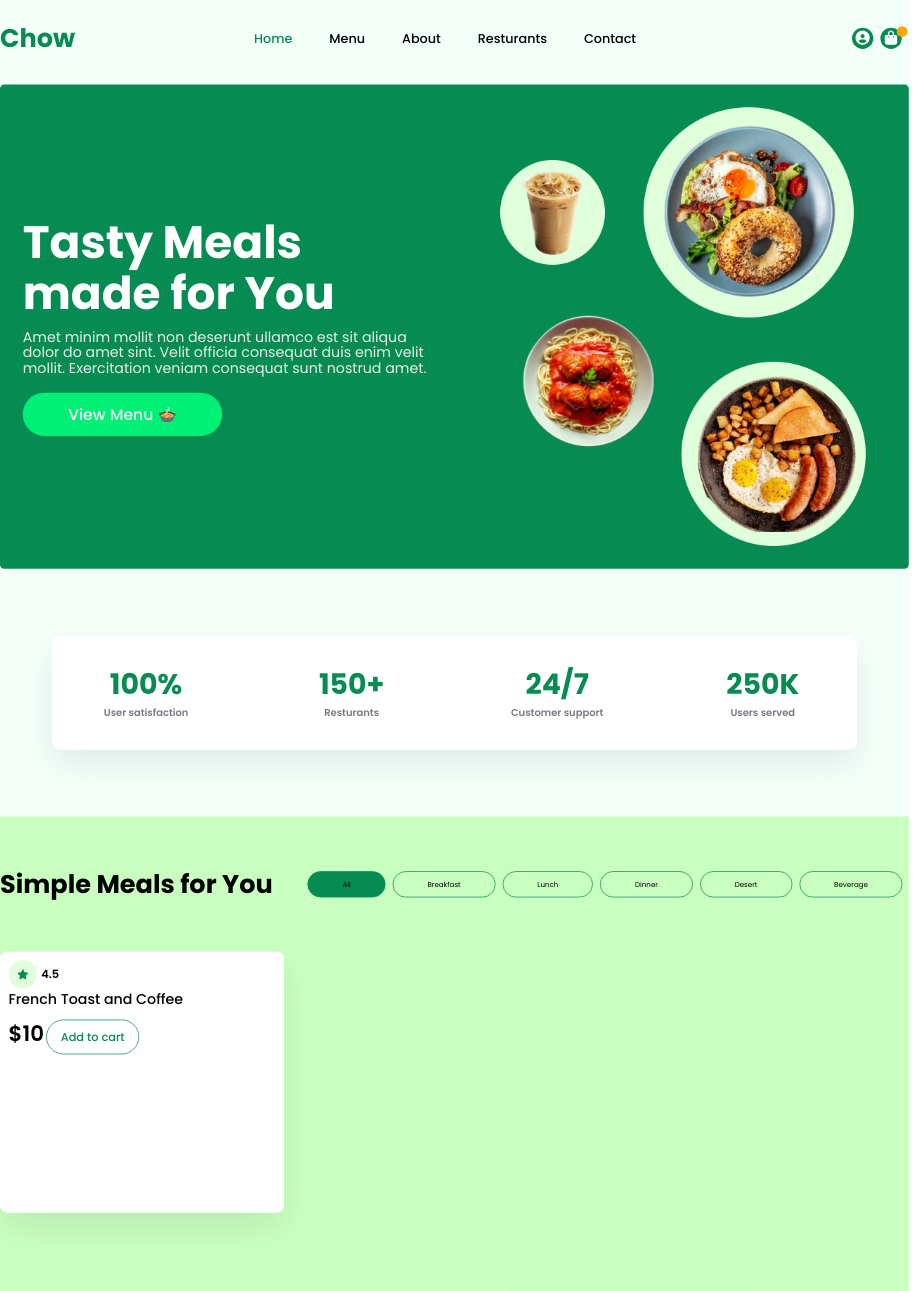
Repository: nguyennam1029/balbal
Page: index.html
An editor plug-in stored every save of this project. The page is shown before and after the next save, followed by the edit.
The browser window is 1280 px wide. The page is 1292 px wide, so the pictures cover 1292 px, including what lies to the right of the window. The pictures show the whole page, at 71% of full size.
Some web libraries are served in a nearby version.

Above is the page before, as saved 2022-07-01 22:26:49.

### index.html
<!DOCTYPE html>
<html lang="en">
  <head>
    <meta charset="UTF-8" />
    <meta http-equiv="X-UA-Compatible" content="IE=edge" />
    <meta name="viewport" content="width=device-width, initial-scale=1.0" />
    <title>Chow</title>
    <link
      rel="stylesheet"
      href="https://cdnjs.cloudflare.com/ajax/libs/font-awesome/6.1.1/css/all.min.css"
      integrity="sha512-KfkfwYDsLkIlwQp6LFnl8zNdLGxu9YAA1QvwINks4PhcElQSvqcyVLLD9aMhXd13uQjoXtEKNosOWaZqXgel0g=="
      crossorigin="anonymous"
      referrerpolicy="no-referrer"
    />
    <link rel="stylesheet" href="css/grid.css" />
    <link rel="stylesheet" href="css/style.css" />
  </head>
  <body>
    <div class="app">
      <div class="grid wide">
        <div class="menu">
          <a href="#" class="menu-left">Chow</a>
          <ul class="menu-center">
            <li class="menu-center-item">
              <a href="#" class="menu-center--link active">Home</a>
            </li>
            <li class="menu-center-item">
              <a href="#" class="menu-center--link">Menu</a>
            </li>
            <li class="menu-center-item">
              <a href="#" class="menu-center--link">About</a>
            </li>
            <li class="menu-center-item">
              <a href="#" class="menu-center--link">Resturants</a>
            </li>
            <li class="menu-center-item">
              <a href="#" class="menu-center--link">Contact</a>
            </li>
          </ul>
          <ul class="menu-right">
            <li class="menu-right-item">
              <a href="#" class="menu-right--link">
                <i class="fa-solid fa-circle-user"></i>
              </a>
            </li>
            <li class="menu-right-item">
              <a href="#" class="menu-right--link active">
                <i class="fa-solid fa-bag-shopping"></i>
                <span class="menu-right--circle"></span>
              </a>
            </li>
          </ul>
        </div>
        <div class="banner">
          <div class="row">
            <div class="col l-6 m-6 c-12">
              <div class="banner-info">
                <h1 class="banner-title">Tasty Meals made for You</h1>
                <span class="banner-des"
                  >Amet minim mollit non deserunt ullamco est sit aliqua dolor
                  do amet sint. Velit officia consequat duis enim velit mollit.
                  Exercitation veniam consequat sunt nostrud amet.</span
                >
                <a href="#" class="banner-btn"> View Menu 🍲 </a>
              </div>
            </div>
            <div class="col l-6 m-6 c-12">
              <div class="banner-img">
                <img src="images/banner1.png" alt="" />
              </div>
            </div>
          </div>
        </div>
        <div class="statistical">
          <div class="row">
            <div class="col l-3 m-6 c-12">
              <div class="statistical-item">
                <h3 class="statistical-item--title">100%</h3>
                <span class="statistical-item--des">User satisfaction</span>
              </div>
            </div>
            <div class="col l-3 m-6 c-12">
              <div class="statistical-item">
                <h3 class="statistical-item--title">150+</h3>
                <span class="statistical-item--des">Resturants</span>
              </div>
            </div>
            <div class="col l-3 m-6 c-12">
              <div class="statistical-item">
                <h3 class="statistical-item--title">24/7</h3>
                <span class="statistical-item--des">Customer support</span>
              </div>
            </div>
            <div class="col l-3 m-6 c-12">
              <div class="statistical-item">
                <h3 class="statistical-item--title">250K</h3>
                <span class="statistical-item--des">Users served</span>
              </div>
            </div>
          </div>
        </div>
      </div>
      <div class="product">
        <div class="grid wide">
          <div class="product-top row">
            <div class="col l-4 m-3 c-12">
              <h3 class="product-heading">Simple Meals for You</h3>
            </div>
            <div class="col l-8 m-8 c-12">
              <ul class="tab-list">
                <li class="tab-item active">All</li>
                <li class="tab-item">Breakfast</li>
                <li class="tab-item">Lunch</li>
                <li class="tab-item">Dinner</li>
                <li class="tab-item">Desert</li>
                <li class="tab-item">Beverage</li>
              </ul>
            </div>
          </div>
          <div class="product-list">
            <div class="row">
              <div class="col l-4 m-6 l-12">
                <div class="product-item">
                  <div class="product-item--rating">
                    <i class="fa-solid fa-star"></i>
                    <span>4.5</span>
                  </div>
                  <div class="product-item--content">
                    <h4 class="product-item--name">French Toast and Coffee</h4>
                    <div class="product-item--footer">
                      <span class="product-item--price">$10</span>
                      <a href="#" class="product-item--btn">Add to cart</a>
                    </div>
                  </div>
                </div>
              </div>
            </div>
          </div>
        </div>
      </div>
    </div>
  </body>
</html>

### css/grid.css
/* L là pc ,  M là tablet, C là mobile  */
.grid {
    width  : 100%;
    display: block;
    padding: 0;
}

.grid.wide {
    max-width: 1280px;
    margin   : 0 auto;
}

.row {
    display     : flex;
    flex-wrap   : wrap;
    margin-left : -4px;
    margin-right: -4px;
}

.row.no-gutters {
    margin-left : 0;
    margin-right: 0;
}

.col {
    padding-left : 4px;
    padding-right: 4px;
}

.row.no-gutters .col {
    padding-left : 0;
    padding-right: 0;
}

.c-0 {
    display: none;
}

.c-1 {
    flex     : 0 0 8.33333%;
    max-width: 8.33333%;
}

.c-2 {
    flex     : 0 0 16.66667%;
    max-width: 16.66667%;
}

.c-3 {
    flex     : 0 0 25%;
    max-width: 25%;
}

.c-4 {
    flex     : 0 0 33.33333%;
    max-width: 33.33333%;
}

.c-5 {
    flex     : 0 0 41.66667%;
    max-width: 41.66667%;
}

.c-6 {
    flex     : 0 0 50%;
    max-width: 50%;
}

.c-7 {
    flex     : 0 0 58.33333%;
    max-width: 58.33333%;
}

.c-8 {
    flex     : 0 0 66.66667%;
    max-width: 66.66667%;
}

.c-9 {
    flex     : 0 0 75%;
    max-width: 75%;
}

.c-10 {
    flex     : 0 0 83.33333%;
    max-width: 83.33333%;
}

.c-11 {
    flex     : 0 0 91.66667%;
    max-width: 91.66667%;
}

.c-12 {
    flex     : 0 0 100%;
    max-width: 100%;
}

.c-o-1 {
    margin-left: 8.33333%;
}

.c-o-2 {
    margin-left: 16.66667%;
}

.c-o-3 {
    margin-left: 25%;
}

.c-o-4 {
    margin-left: 33.33333%;
}

.c-o-5 {
    margin-left: 41.66667%;
}

.c-o-6 {
    margin-left: 50%;
}

.c-o-7 {
    margin-left: 58.33333%;
}

.c-o-8 {
    margin-left: 66.66667%;
}

.c-o-9 {
    margin-left: 75%;
}

.c-o-10 {
    margin-left: 83.33333%;
}

.c-o-11 {
    margin-left: 91.66667%;
}

/* >= Tablet */
@media (min-width: 740px) {
    .row {
        margin-left : -8px;
        margin-right: -8px;
    }

    .col {
        padding-left : 8px;
        padding-right: 8px;
    }

    .m-0 {
        display: none;
    }

    .m-1,
    .m-2,
    .m-3,
    .m-4,
    .m-5,
    .m-6,
    .m-7,
    .m-8,
    .m-9,
    .m-10,
    .m-11,
    .m-12 {
        display: block;
    }

    .m-1 {
        flex     : 0 0 8.33333%;
        max-width: 8.33333%;
    }

    .m-2 {
        flex     : 0 0 16.66667%;
        max-width: 16.66667%;
    }

    .m-3 {
        flex     : 0 0 25%;
        max-width: 25%;
    }

    .m-4 {
        flex     : 0 0 33.33333%;
        max-width: 33.33333%;
    }

    .m-5 {
        flex     : 0 0 41.66667%;
        max-width: 41.66667%;
    }

    .m-6 {
        flex     : 0 0 50%;
        max-width: 50%;
    }

    .m-7 {
        flex     : 0 0 58.33333%;
        max-width: 58.33333%;
    }

    .m-8 {
        flex     : 0 0 66.66667%;
        max-width: 66.66667%;
    }

    .m-9 {
        flex     : 0 0 75%;
        max-width: 75%;
    }

    .m-10 {
        flex     : 0 0 83.33333%;
        max-width: 83.33333%;
    }

    .m-11 {
        flex     : 0 0 91.66667%;
        max-width: 91.66667%;
    }

    .m-12 {
        flex     : 0 0 100%;
        max-width: 100%;
    }

    .m-o-1 {
        margin-left: 8.33333%;
    }

    .m-o-2 {
        margin-left: 16.66667%;
    }

    .m-o-3 {
        margin-left: 25%;
    }

    .m-o-4 {
        margin-left: 33.33333%;
    }

    .m-o-5 {
        margin-left: 41.66667%;
    }

    .m-o-6 {
        margin-left: 50%;
    }

    .m-o-7 {
        margin-left: 58.33333%;
    }

    .m-o-8 {
        margin-left: 66.66667%;
    }

    .m-o-9 {
        margin-left: 75%;
    }

    .m-o-10 {
        margin-left: 83.33333%;
    }

    .m-o-11 {
        margin-left: 91.66667%;
    }
}

/* PC medium resolution > */
@media (min-width: 1113px) {
    .row {
        margin-left : -12px;
        margin-right: -12px;
    }

    .row.sm-gutter {
        margin-left : -5px;
        margin-right: -5px;
    }

    .col {
        padding-left : 12px;
        padding-right: 12px;
    }

    .row.sm-gutter .col {
        padding-left : 5px;
        padding-right: 5px;
    }

    .l-0 {
        display: none;
    }

    .l-1,
    .l-2,
    .l-2-4,
    .l-3,
    .l-4,
    .l-5,
    .l-6,
    .l-7,
    .l-8,
    .l-9,
    .l-10,
    .l-11,
    .l-12 {
        display: block;
    }

    .l-1 {
        flex     : 0 0 8.33333%;
        max-width: 8.33333%;
    }

    .l-2 {
        flex     : 0 0 16.66667%;
        max-width: 16.66667%;
    }

    .l-2-4 {
        flex     : 0 0 20%;
        max-width: 20%;
    }

    .l-3 {
        flex     : 0 0 25%;
        max-width: 25%;
    }

    .l-4 {
        flex     : 0 0 33.33333%;
        max-width: 33.33333%;
    }

    .l-5 {
        flex     : 0 0 41.66667%;
        max-width: 41.66667%;
    }

    .l-6 {
        flex     : 0 0 50%;
        max-width: 50%;
    }

    .l-7 {
        flex     : 0 0 58.33333%;
        max-width: 58.33333%;
    }

    .l-8 {
        flex     : 0 0 66.66667%;
        max-width: 66.66667%;
    }

    .l-9 {
        flex     : 0 0 75%;
        max-width: 75%;
    }

    .l-10 {
        flex     : 0 0 83.33333%;
        max-width: 83.33333%;
    }

    .l-11 {
        flex     : 0 0 91.66667%;
        max-width: 91.66667%;
    }

    .l-12 {
        flex     : 0 0 100%;
        max-width: 100%;
    }

    .l-o-1 {
        margin-left: 8.33333%;
    }

    .l-o-2 {
        margin-left: 16.66667%;
    }

    .l-o-3 {
        margin-left: 25%;
    }

    .l-o-4 {
        margin-left: 33.33333%;
    }

    .l-o-5 {
        margin-left: 41.66667%;
    }

    .l-o-6 {
        margin-left: 50%;
    }

    .l-o-7 {
        margin-left: 58.33333%;
    }

    .l-o-8 {
        margin-left: 66.66667%;
    }

    .l-o-9 {
        margin-left: 75%;
    }

    .l-o-10 {
        margin-left: 83.33333%;
    }

    .l-o-11 {
        margin-left: 91.66667%;
    }
}

/* Tablet - PC low resolution */
@media (min-width: 740px) and (max-width: 1023px) {
    .wide {
        width: 644px;
    }
}

/* > PC low resolution */
@media (min-width: 1024px) and (max-width: 1239px) {
    .wide {
        width: 984px;
    }

    .wide .row {
        margin-left : -12px;
        margin-right: -12px;
    }

    .wide .row.sm-gutter {
        margin-left : -5px;
        margin-right: -5px;
    }

    .wide .col {
        padding-left : 12px;
        padding-right: 12px;
    }

    .wide .row.sm-gutter .col {
        padding-left : 5px;
        padding-right: 5px;
    }

    .wide .l-0 {
        display: none;
    }

    .wide .l-1,
    .wide .l-2,
    .wide .l-2-4,
    .wide .l-3,
    .wide .l-4,
    .wide .l-5,
    .wide .l-6,
    .wide .l-7,
    .wide .l-8,
    .wide .l-9,
    .wide .l-10,
    .wide .l-11,
    .wide .l-12 {
        display: block;
    }

    .wide .l-1 {
        flex     : 0 0 8.33333%;
        max-width: 8.33333%;
    }

    .wide .l-2 {
        flex     : 0 0 16.66667%;
        max-width: 16.66667%;
    }

    .wide .l-2-4 {
        flex     : 0 0 20%;
        max-width: 20%;
    }

    .wide .l-3 {
        flex     : 0 0 25%;
        max-width: 25%;
    }

    .wide .l-4 {
        flex     : 0 0 33.33333%;
        max-width: 33.33333%;
    }

    .wide .l-5 {
        flex     : 0 0 41.66667%;
        max-width: 41.66667%;
    }

    .wide .l-6 {
        flex     : 0 0 50%;
        max-width: 50%;
    }

    .wide .l-7 {
        flex     : 0 0 58.33333%;
        max-width: 58.33333%;
    }

    .wide .l-8 {
        flex     : 0 0 66.66667%;
        max-width: 66.66667%;
    }

    .wide .l-9 {
        flex     : 0 0 75%;
        max-width: 75%;
    }

    .wide .l-10 {
        flex     : 0 0 83.33333%;
        max-width: 83.33333%;
    }

    .wide .l-11 {
        flex     : 0 0 91.66667%;
        max-width: 91.66667%;
    }

    .wide .l-12 {
        flex     : 0 0 100%;
        max-width: 100%;
    }

    .wide .l-o-1 {
        margin-left: 8.33333%;
    }

    .wide .l-o-2 {
        margin-left: 16.66667%;
    }

    .wide .l-o-3 {
        margin-left: 25%;
    }

    .wide .l-o-4 {
        margin-left: 33.33333%;
    }

    .wide .l-o-5 {
        margin-left: 41.66667%;
    }

    .wide .l-o-6 {
        margin-left: 50%;
    }

    .wide .l-o-7 {
        margin-left: 58.33333%;
    }

    .wide .l-o-8 {
        margin-left: 66.66667%;
    }

    .wide .l-o-9 {
        margin-left: 75%;
    }

    .wide .l-o-10 {
        margin-left: 83.33333%;
    }

    .wide .l-o-11 {
        margin-left: 91.66667%;
    }
}

### css/style.css
@import url('https://fonts.googleapis.com/css2?family=Poppins:wght@400;500;600;700&display=swap');

*,
*::before,
*::after {
    box-sizing: border-box;
}

* {
    margin : 0;
    padding: 0;
}

html {
    font-family: 'Poppins',
        sans-serif;
    font-size: 62.5%;
}

html,
body {
    height: 100%;
}

body {
    line-height: 1.5;
}

img,
picture,
video,
canvas,
svg {
    display  : block;
    max-width: 100%;
}

input,
button,
textarea,
select {
    font   : inherit;
    outline: none;
}

p,
h1,
h2,
h3,
h4,
h5,
h6 {
    overflow-wrap: break-word;
}

a {
    text-decoration: none;
}

ul {
    list-style: none;
}

.app {
    background-color: #f3fff9;
    padding-top     : 34px;
}

.menu {
    display        : flex;
    justify-content: space-between;
    align-items    : center;
    margin         : 0 0 45px;
}

.menu-left {
    font-weight: 700;
    font-size  : 3.6rem;
    line-height: 40px;

    color: #068C52;
}

.menu-center,
.menu-right {
    display        : flex;
    justify-content: center;
    align-items    : center;
}

.menu-center--link {
    margin-right: 52px;
    font-weight : 500;
    font-size   : 1.8rem;
    line-height : 27px;
    color       : #000000;
}

.menu-center--link.active {
    color: #068C52;
}

.menu-right--link {
    margin-right         : 10px;
    display              : flex;
    justify-content      : center;
    align-items          : center;
    width                : 30px;
    height               : 30px;
    border-radius        : 50%;
    -webkit-border-radius: 50%;
    -moz-border-radius   : 50%;
    -ms-border-radius    : 50%;
    -o-border-radius     : 50%;
    background-color     : #068C52;
}

.menu-right--link i {
    color    : #fff;
    font-size: 2rem;
}

.menu-right--link.active {
    position: relative;
}

.menu-right--circle {
    position             : absolute;
    top                  : -2px;
    right                : -8px;
    width                : 15px;
    height               : 15px;
    background           : #FFA500;
    border-radius        : 50%;
    -webkit-border-radius: 50%;
    -moz-border-radius   : 50%;
    -ms-border-radius    : 50%;
    -o-border-radius     : 50%;
}

.banner {
    background-color     : #068C52;
    border-radius        : 6px;
    -webkit-border-radius: 6px;
    -moz-border-radius   : 6px;
    -ms-border-radius    : 6px;
    -o-border-radius     : 6px;
    padding              : 32px;
}

.banner-info {
    display           : flex;
    justify-content   : center;
    /* align-items    : center; */
    flex-direction    : column;
    height            : 100%;
}

.banner-title {
    font-weight: 700;
    font-size  : 6.4rem;
    line-height: 72px;

    color: #FFFFFF;
}

.banner-des {
    font-weight: 400;
    font-size  : 2rem;
    line-height: 22px;
    display    : block;
    color      : #EFEFEF;
    margin     : 14px 0 24px;
}

.banner-btn {
    font-weight          : 500;
    font-size            : 2.2rem;
    line-height          : 33px;
    padding              : 14px 64px;
    /*Primary/White*/
    color                : #FFFFFF;
    background           : #00F076;
    border-radius        : 32px;
    -webkit-border-radius: 32px;
    -moz-border-radius   : 32px;
    -ms-border-radius    : 32px;
    -o-border-radius     : 32px;
    width                : fit-content;
}

.statistical {
    max-width    : 1134px;
    margin       : 94px auto;
    /* border    : 1px solid; */
    background   : #FFFFFF;
    /* Drop Shadow/High */
    padding      : 40px 0;
    box-shadow   : 0px 20px 50px rgba(18, 17, 39, 0.08);
    border-radius: 12px;
    text-align   : center;
}

.statistical-item--title {
    font-weight: 700;
    font-size  : 4rem;
    line-height: 140%;
    /* identical to box height, or 56px */

    text-align: center;

    color: #068C52;
}

.statistical-item--des {
    font-weight: 600;
    font-size  : 1.4rem;
    line-height: 180%;
    color      : rgba(18, 17, 39, 0.56);
}

.product {
    background-color: #c9ffbf;
    padding         : 76px 0 46px;
}

.product-top {
    display        : flex;
    justify-content: space-between;
    align-items    : center;
}

.product-heading {
    font-weight: 700;
    font-size  : 3.6rem;
    line-height: 40px;

    color: #000000;
}

.tab-list {
    display        : flex;
    justify-content: center;
    align-items    : center;

}

.tab-item {
    padding           : 10px 48px;
    border            : 1px solid #068C52;
    border-radius     : 40px;
    display           : block;
    margin-right      : 10px;
    cursor            : pointer;
    transition        : .25s ease-in;
    -webkit-transition: .25s ease-in;
    -moz-transition   : .25s ease-in;
    -ms-transition    : .25s ease-in;
    -o-transition     : .25s ease-in;
}

.tab-item.active {
    background: #068C52;
    cursor    : default;
}

.tab-item:hover {
    background: #068c5290;
}

.product-list {
    margin: 74px 0 64px;
}

.product-item {
    background: #FFFFFF;
    /* Drop Shadow/High */

    box-shadow   : 0px 20px 50px rgba(18, 17, 39, 0.08);
    border-radius: 10px;
    width        : calc((100% - 80px) / 3);
    min-height   : 368px;
    padding      : 12px;
}

.product-item--rating {
    display           : flex;
    /* justify-content: center; */
    align-items       : center;
}

.product-item--rating i {
    width                : 40px;
    height               : 40px;
    font-size            : 1.4rem;
    border-radius        : 50%;
    color                : #068C52;
    background-color     : #E0FFDB;
    -webkit-border-radius: 50%;
    -moz-border-radius   : 50%;
    -ms-border-radius    : 50%;
    -o-border-radius     : 50%;
    display              : flex;
    justify-content      : center;
    align-items          : center;
}

.product-item--rating span {
    margin-left: 6px;
    font-weight: 600;
    font-size  : 1.6rem;
    line-height: 24px;
    /* identical to box height */


    color: #000000;
}

.product-item--name {
    font-weight: 500;
    font-size  : 2rem;
    line-height: 30px;
    /* identical to box height */

    font-feature-settings: 'liga'off;

    color        : #000000;
    margin-bottom: 12px;
}

.product-item--price {
    font-weight: 600;
    font-size  : 3rem;
    line-height: 45px;
    /* identical to box height */

    font-feature-settings: 'liga'off;

    color: #000000;
}

.product-item--btn {
    font-weight: 500;
    font-size  : 16px;
    line-height: 24px;
    /* identical to box height, or 150% */


    color        : #068C52;
    padding      : 12px 20px;
    background   : #FFFFFF;
    border       : 1px solid #068C52;
    border-radius: 100px;
}

After the next save:
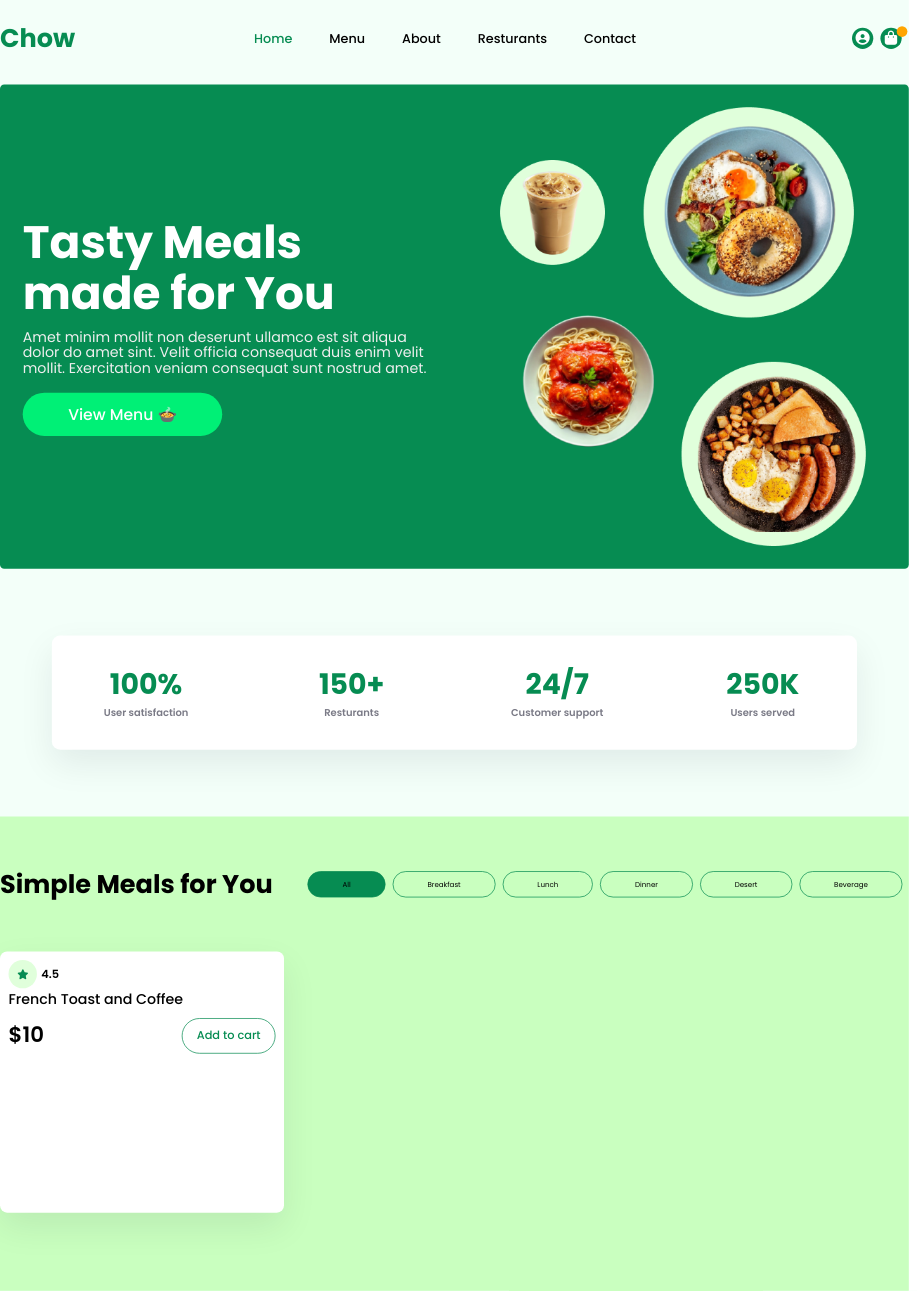
Saved 34 s later.
--- a/css/style.css
+++ b/css/style.css
@@ -339,6 +339,12 @@ ul {
     color: #000000;
 }
 
+.product-item--footer {
+    display        : flex;
+    justify-content: space-between;
+    align-items    : center;
+}
+
 .product-item--btn {
     font-weight: 500;
     font-size  : 16px;
